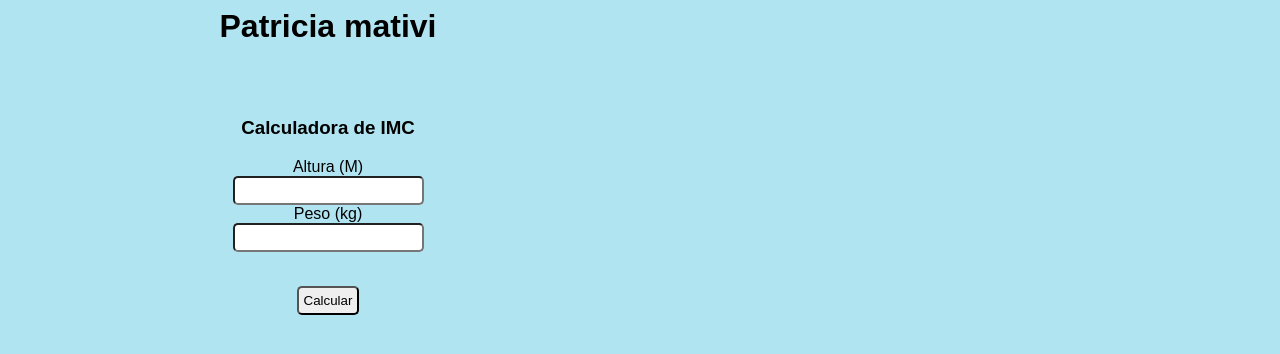
Repository: Patriciamativi/Projetos
Page: index.html
An editor plug-in stored every save of this project. The page is shown before and after the next save, followed by the edit.
The browser window is 1280 px wide. The pictures show the whole page.

Above is the page before, as saved 2022-12-21 22:48:59.

### index.html
<html>

<head>
	<title>Calculadora de IMC</title>
	<meta charset="utf-8" />
	<link rel="stylesheet" href="style.css"> <!-- AQUI VOCÊ  CRIA UMA PÁGINA CSS PARA COLOCAR ESTILO NO SE PROJETO-->
</head>

<body>
	<h1>Patricia mativi</h1>
	<div class="container"></div>
	<div id="">

					<h3>Calculadora de IMC</h3>

					Altura (M)<br />
					<input id="height" type="number"> </br>

					Peso (kg)<br />
					<input id="weight" type="number"> </br> </br>

					 <p id="message"> </p>

					<input onclick="calculateIMC()" type="submit" value="Calcular">

	</div>
	<script src="soma.js"></script>
</body>

</html>

### style.css
body {
  font-family: Arial, Helvetica, sans-serif;
  background: hsla(192, 70%, 82%, 0.993);
  text-align: center;
  width: 50%;
}
.container {git pull
  position: absolute;
  top: 50%;
  left: 50%;
  transform: translate(-50%, -50%);
  width: 50%;
  background-color: rgba(0, 0, 0, 0);
  padding: 1em;
  border-radius: 10px;
}
input {
  padding: 5px;
  border-radius: 5px;
   border: none;
}

### soma.js
function calculateIMC() {
  const height = document.getElementById("height").value;
  const weight = document.getElementById("weight").value;
  const imc = weight / (height * height);
  if (imc <= 18.5) {
    document.getElementById("message").style.color = "#ff0000";
    document.getElementById("message").innerHTML = `Seu imc é: ${
      Math.round(imc * 100) / 100
    }, a classificação do seu peso é Magreza`;
  } else if (imc > 18.5 && imc <= 24.9) {
    document.getElementById("message").style.color = "#3CB371";
    document.getElementById("message").innerHTML = `Seu imc é: ${
      Math.round(imc * 100) / 100
    }, a classificação do seu peso é Normal`;
  } else if (imc >= 25 && imc <= 29.9) {
    document.getElementById("message").style.color = "#B22222";
    document.getElementById("message").innerHTML = `Seu imc é: ${
      Math.round(imc * 100) / 100
    }, a classificação do seu peso é Sobrepeso`;
  } else if (imc >= 30 && imc <= 39.9) {
    document.getElementById("message").style.color = "#B22222";
    document.getElementById("message").innerHTML = `Seu imc é: ${
      Math.round(imc * 100) / 100
    }, a classificação do seu peso é Obesidade I`;
  } else if (imc >= 40) {
    document.getElementById("message").style.color = "#B22222";
    document.getElementById("message").innerHTML = `Seu imc é: ${
      Math.round(imc * 100) / 100
    }, a classificação do seu peso é Obesidade II`;
  } else {
    document.getElementById("message").innerHTML = "Preencha os campos";
  }
}

After the next save:
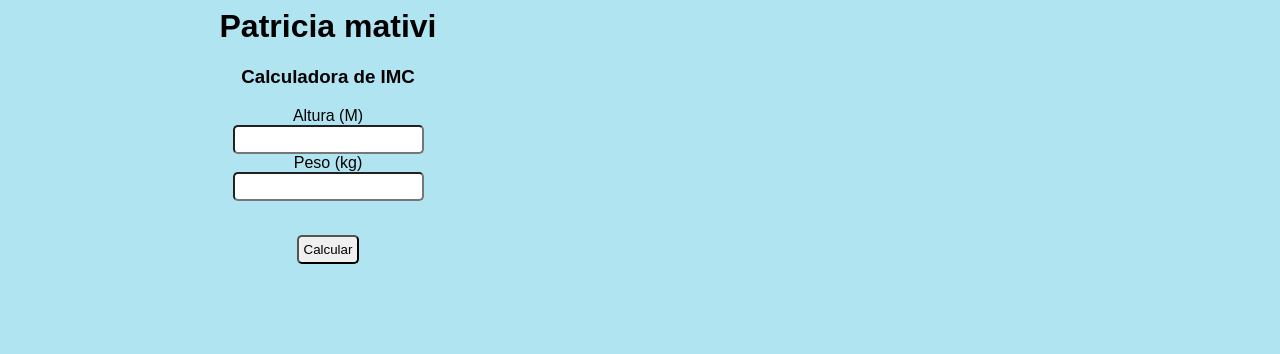
Saved 5 s later.
--- a/style.css
+++ b/style.css
@@ -4,7 +4,7 @@ body {
   text-align: center;
   width: 50%;
 }
-.container {git pull
+.container {
   position: absolute;
   top: 50%;
   left: 50%;
